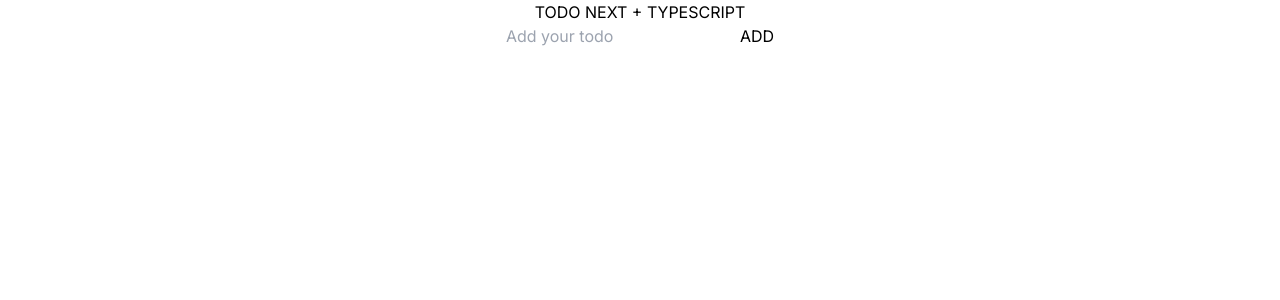
Repository: mehh000/next-ts-todo
Page: /
These files come from the project's save history. The page is drawn as it stood at one moment and after a run of saves; the edit follows.
The browser window is 1280 px wide. The pictures show the whole page.
The project was rebuilt for these pictures with package versions that can differ from the ones it lists, and the page was loaded fresh each time. The framework's server and built-in components were replaced by stand-ins that run in the browser. Also part of the build but not shown: next.config.mjs.

Above is the page before, as saved 2024-06-15 19:46:12.

After the next 2 saves:
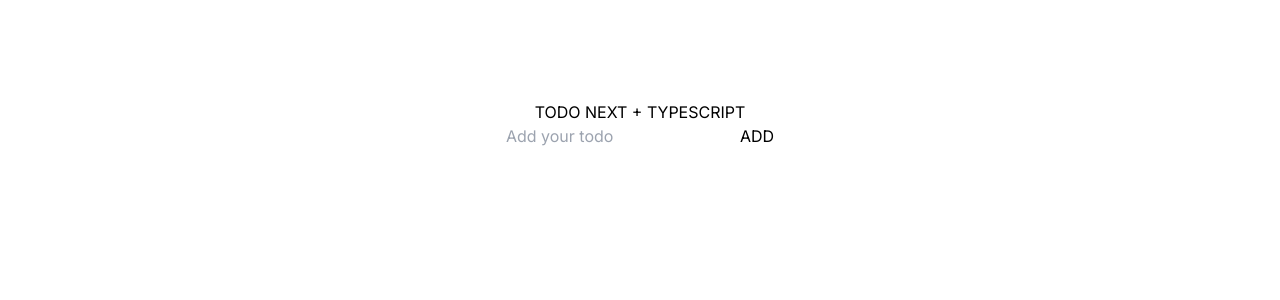
The 2 saves are shown as one change because they came seconds apart.
The last was saved 7 s later.
--- a/src/app/page.tsx
+++ b/src/app/page.tsx
@@ -4,7 +4,7 @@ import React from "react";
 
 const Page = () => {
   return (
-    <main className="flex items-center flex-col mt-" >
+    <main className="flex items-center flex-col mt-[100px]" >
       <h2 className="">TODO NEXT + TYPESCRIPT</h2>
       <AddTODO />
       <TODOS />
